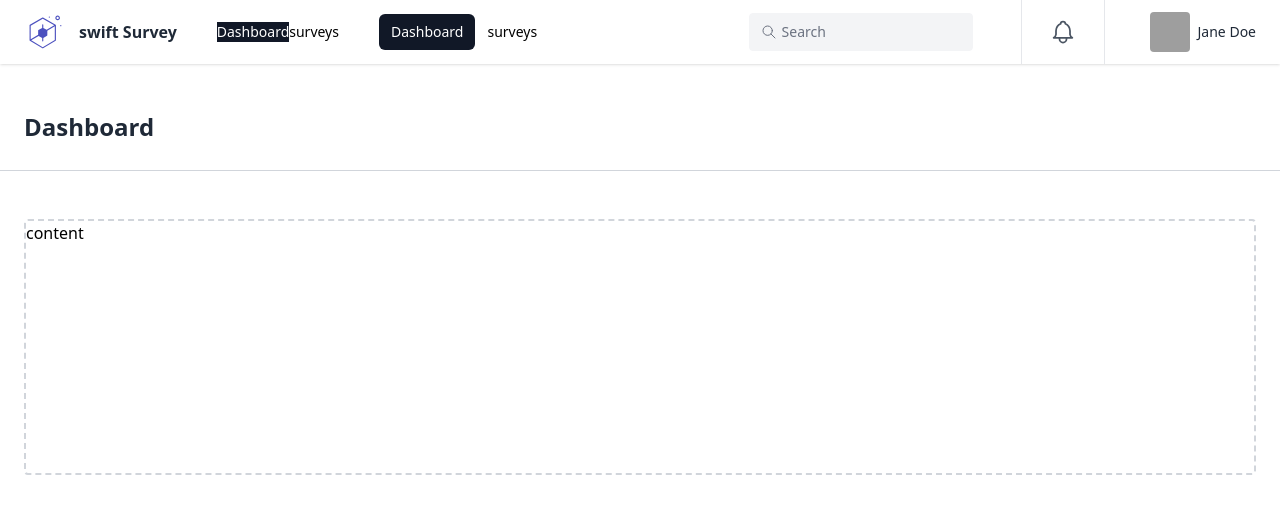
Repository: thomsontochi/swiftSurvey
Page: /dashboard (app in vue/)
An editor plug-in stored every save of this project. The page is shown before and after the next save, followed by the edit.
The browser window is 1280 px wide. The pictures show the whole page.
Pictures or frames that could not be fetched are drawn as grey boxes. The project was rebuilt for these pictures with package versions that can differ from the ones it lists, and the page was loaded fresh each time. Also part of the build but not shown: vue/vite.config.js, vue/src/views/Login.vue, vue/src/views/Register.vue, vue/src/views/Surveys.vue, vue/src/components/AuthLayout.vue, vue/src/components/Pages/Welcome.vue.

Above is the page before, as saved 2022-07-16 15:45:15.

After the next save:
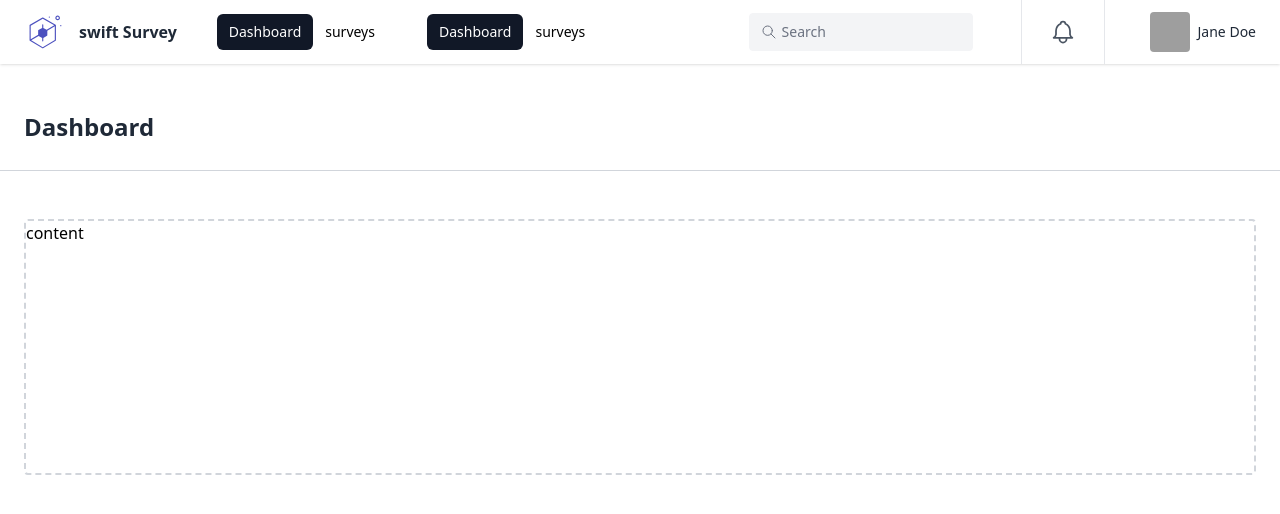
Saved 9 s later.
--- a/vue/src/components/DefaultLayout.vue
+++ b/vue/src/components/DefaultLayout.vue
@@ -23,7 +23,7 @@
                             :key="item.name"
                             :to="item.to"
                             active-class="bg-gray-900 text-white"
-                            >
+                            :class="[ this.$route.name !== item.to.name ? '' : ' hover:bg-gray-700 hover:text-white', 'px-3 py-2 rounded-md text-sm font-medium']">
                               {{item.name}}
                         </router-link>
                         </li>
